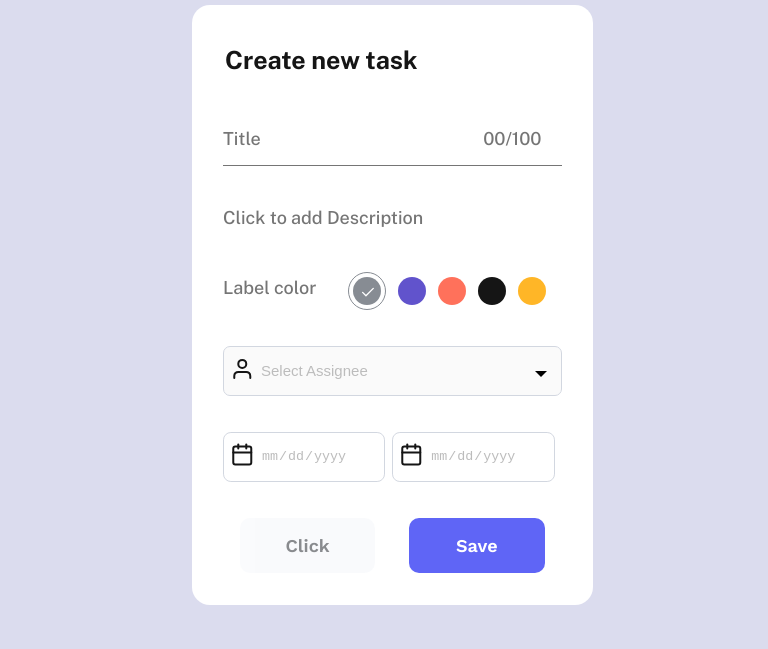
Repository: MorgunovaAlexandra/verstka-form
Page: index.html
The author's editor kept a copy of each file at every save. The page is drawn from the files as they stood at one save, then again after the next save.
The browser window is 768 px wide. The pictures show the whole page.
The style sheet was rebuilt from its Sass, Less or Tailwind sources for each picture, by a compiler version that may differ from the author's.

Above is the page before, as saved 2022-06-24 17:21:57.

### index.html
<!DOCTYPE html>
<html lang="ru">
<head>
    <meta charset="UTF-8">
    <meta http-equiv="X-UA-Compatible" content="IE=edge">
    <meta name="viewport" content="width=device-width, initial-scale=1.0">
    <link rel="stylesheet" href="./css/style.css">
    <title>Document</title>
</head>
<body>
    <div class="wrapper">
       <form class="form">

           <div class="fieldset">
            <legend><b>Create new task</b></legend>
            <div class="form__container __container">
            <div class="text-field">
                <input class="text-field__input" type="text" name="firstname" id="firstname" value=""
                >
                <label class="text-field__label" for="username">Title</label>
                <label class="text-field__label2" for="username">00/100</label>
              </div>
              <div class="form-field__text">Click to add Description</div>
              <div class="form-fied__color field-color">
                  <div class="field-color__text">Label color</div>
                  <div class="field-color__color circle">
                      <div class="circle__border">
                          <div class="circle__color grey">
                              <img class="circle__img" src="./img/done.svg">
                          </div>
                      </div>
                      <div class="circle__color purple"></div>
                      <div class="circle__color red"></div>
                      <div class="circle__color black"></div>
                      <div class="circle__color yellow"></div>
                  </div>
              </div>
              <div class="form-field__select">
                  <div class="select__arrow">
                    <select name="select-category" id="" class="select">
                        <option value="1">Select Assignee</option>
                        <option value="2">Select Assignee</option>
                        <option value="3">Select Assignee</option>
                      </select>
                  </div>
              </div>
              <div class="form-field__date">
                  <div class="data-form">
                    <input class="input" type="date"></input>
                  </div>
                  <div class="data-form">
                    <input class="input" type="date"></input>
                  </div>
              </div>
              <div class="form-field__sibmit submit">
                  <input class="submit__click" type="submit" value="Click">
                  <input class="submit__click save-blue" type="submit" value="Save">
              </div>

              <!-- <div class="form-field__date">
                <div class="form-group">
                    <div class="input-group" id="datetimepicker2">
                      <input type="text" class="form-control" />

                    </div>
                  </div>
              </div> -->
              </div>
           </div>
        </form>
    </div>

    <script src="./script.js"></script>
</body>
</html>

### script.js
 document.getElementById ('firstname').onkeydown=keyDown

function keyDown(){
    let str=document.getElementById ('firstname').value;

    console.log(str.length)
    document.querySelector('.text-field__label2').innerHTML=`${str.length}/100`
}

### scss/style.scss
@import "variables";
@import "mixins";
@import url('https://fonts.googleapis.com/css2?family=Public+Sans:wght@500;700&display=swap');
@import url('https://fonts.googleapis.com/css2?family=Work+Sans:wght@600&display=swap');
body {
   background-color: $ColorBody;
   font-family:$fontFamily ;
   font-weight: $fontWaight;
   line-height: $lineHeight;
   font-size: $fontSize;
   color:$ColorGrey;
}
.__container{
    padding-left: 31px;
    padding-right: 31px;
}
.form{
    width: 495.55px;
    height: 613.21px;
    background-color: white;
    border-radius: 23px;
    box-sizing: border-box;
    position: fixed; top: 50%; left: 50%;
    -webkit-transform: translate(-50%, -50%);
    -ms-transform: translate(-50%, -50%);
    transform: translate(-50%, -50%);
}
legend{
    margin-top: 40px;
    margin-left: 31px;
    font-weight: 700;
    font-size: 25px;
    color:$ColorBlack;
}
.text-field{
    position: relative;
    display: flex;
    justify-content: center;
    margin-top: 46px;
    margin-bottom: 36px;

}
.text-field__input{
    width: 100%;
    height: 40px;
    border: none;
    border-bottom: 1px solid $ColorGrey ;
    padding-left: 60px;
    color:#566789;
    font-size: 18px;
 }

.text-field__input:focus + .text-field__label{
  top:-23px;
}
.text-field__label{
   position: absolute;
   left: 0px;


}
.text-field__label2{
    position: absolute;
    right: 20px;
}
.form-field__text{
    margin-bottom: 38px;
}
.form-fied__color{
    display: flex;
    justify-content: flex-start;
    margin-bottom: 36px;
}
.field-color__text{
margin-right: 32px;
}
.field-color__color{
    display: flex;
   align-items: center;
}

.circle__border{
    position: relative;
    width: 36px;
    height: 36px;
    border-radius: 50%;
    border: 1px solid #878C93;
}
.grey{
    position: absolute;
    width: 28px;
    height: 28px;
    top:4px;
    left: 4px;
    border-color: #878C93;
    border-radius: 50%;
    z-index: 30;

    background-color:
    #878C93;
}
.circle__img{
    position: absolute;
    top:10px;
    left: 8px;
}
.circle__color{
    width: 28px;
    height: 28px;
    border-radius: 50%;
    margin-right:12px ;
}
.purple{
    background-color: #6153CC;
    margin-left: 12px;
}
.red{
    background-color:#FF715B;
}
.black{
    background-color:$ColorBlack;
}
.yellow{
    background-color:#FFB627;
    margin-right:0px ;
}
.select{
    appearance: none;
    border: 1px solid #566789;
    opacity: 26%;
    width: 100%;
    height: 50px;
    border-radius: 7px;
    cursor: pointer;
    padding-left: 37px;
    padding-top: 15px;
    padding-bottom: 16px;
    padding-right: 35px;
    font-size: 15px;

}
.select__arrow{
    position: relative;
}
.select__arrow::after{
content: "";
position: absolute;
top:50%;
right: 15px;
transform: translateY(-50%);
display: block;
width: 12px;
height: 6px;

pointer-events: none;

width: 0;
height: 0;
border-style: solid;
border-width: 6px 6px 0 6px;
border-color: #000000 transparent transparent transparent;
border-style: inset;
-webkit-transform:rotate(360deg);


}
.select__arrow::before{
content: "";
position: absolute;
top:20%;
left: 7px;
background: no-repeat url("../img/user.svg");
width: 34px;
height: 30px;
display: block;
z-index: 44;

}
.data-form{
    margin-top: 36px;
    margin-bottom: 36px;
    position: relative;
    width: 100%;
}
.form-field__date{
    display: flex;
    justify-content: space-between;

}
.data-form::before{
    content: "";
    position: absolute;
    top:20%;
    left: 7px;
    background: no-repeat url("../img/calendar.svg");
    width: 34px;
    height: 30px;
    display: block;
    z-index: 44;

}
.input{
    box-sizing: border-box;
    width: 96%;
    height: 50px;
    border: 1px solid #566789;
    opacity: 26%;
    border-radius: 7.86px;
    padding-left:37px ;
}

.input::-webkit-calendar-picker-indicator{
        display: none;
    }

.input[type="date"]::-webkit-input-placeholder{
        visibility: hidden !important;
    }



.submit__click{
   color:$colorBlackGray;
    opacity: 50%;
    font-weight: 600;
    font-size: 18px;
    font-family: 'Work Sans', sans-serif;
    background-color: #F5F7FB;
    }

.form-field__sibmit{
    display: flex;
    justify-content: space-around;
}
.submit__click{
    width: 40%;
    height: 55px;
    border-radius: 10px;
    border: none

}
.save-blue{
    background-color: #5F65F6;
    opacity: 100%;
    color:white;
}



/* media for 768*/
@media(max-width:768px){
    .form{
    border-radius: 18px;
    width: 400.55px;
    height: 600.21px;
    position: absolute;
    top:5px;
    left: 25%;
    -webkit-transform: none; /* Safari and Chrome */
       -moz-transform: none; /* Firefox */
        -ms-transform: none; /* IE 9 */
         -o-transform: none; /* Opera */
            transform: none;
    }
}

### scss/variables.scss
$bgColor: green;
$fontFamily:'Public Sans', sans-serif;
$fontWaight:500;
$fontSize:18px;
$lineHeight:31.86px;
$ColorBody:#DBDCEE;
$ColorBlack:#151515;
$ColorGrey:#757575;
$colorBlackGray: #151920

### scss/mixins.scss
@mixin vov($color) {
    font-size: 30px;
    background-color:$color ;
}

After the next save:
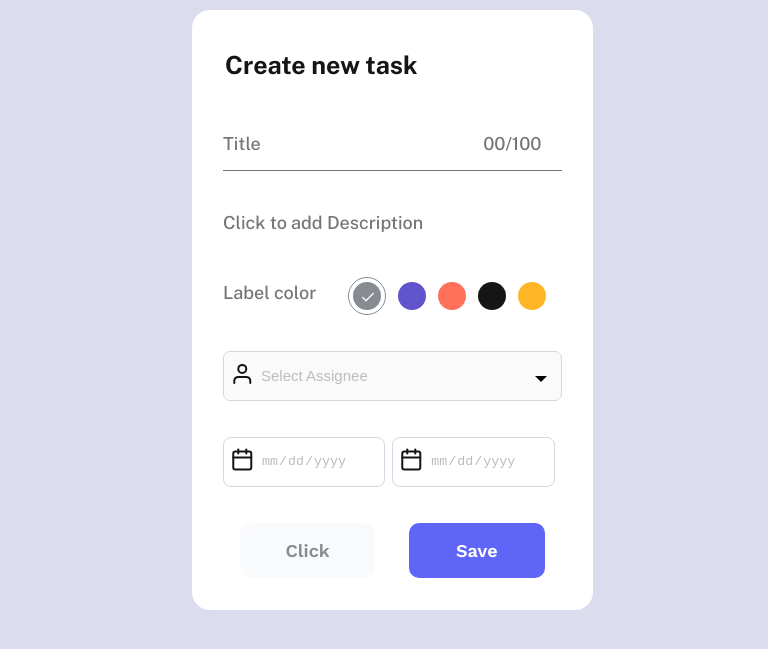
Saved 4 s later.
--- a/scss/style.scss
+++ b/scss/style.scss
@@ -254,7 +254,7 @@ z-index: 44;
     width: 400.55px;
     height: 600.21px;
     position: absolute;
-    top:5px;
+    top:10px;
     left: 25%;
     -webkit-transform: none; /* Safari and Chrome */
        -moz-transform: none; /* Firefox */
